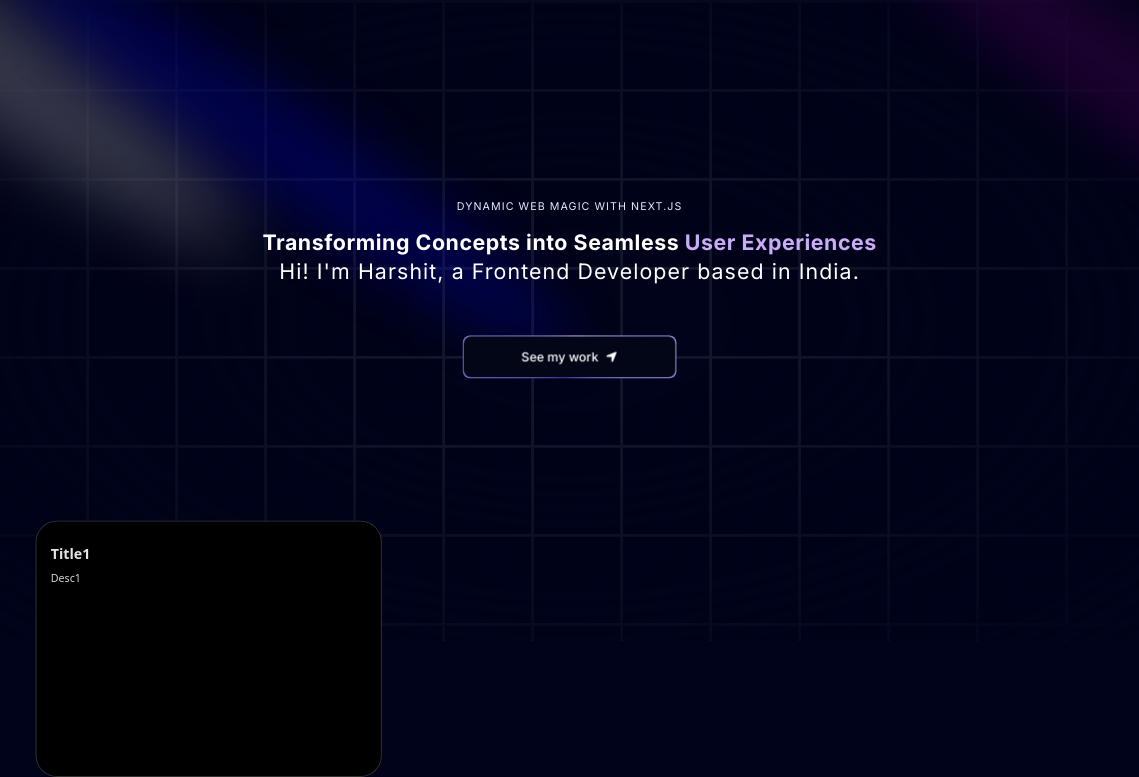
Repository: iharshitjaiswal/next_portfolio
Page: /
These files come from the project's save history. The page is drawn as it stood at one moment and after the next save; the edit follows.
The browser window is 1280 px wide. The pictures show the whole page, at 89% of full size.
The project was rebuilt for these pictures with package versions that can differ from the ones it lists, and the page was loaded fresh each time. The framework's server and built-in components were replaced by stand-ins that run in the browser. Also part of the build but not shown: next.config.mjs.

Above is the page before, as saved 2024-05-25 11:31:41.

After the next save:
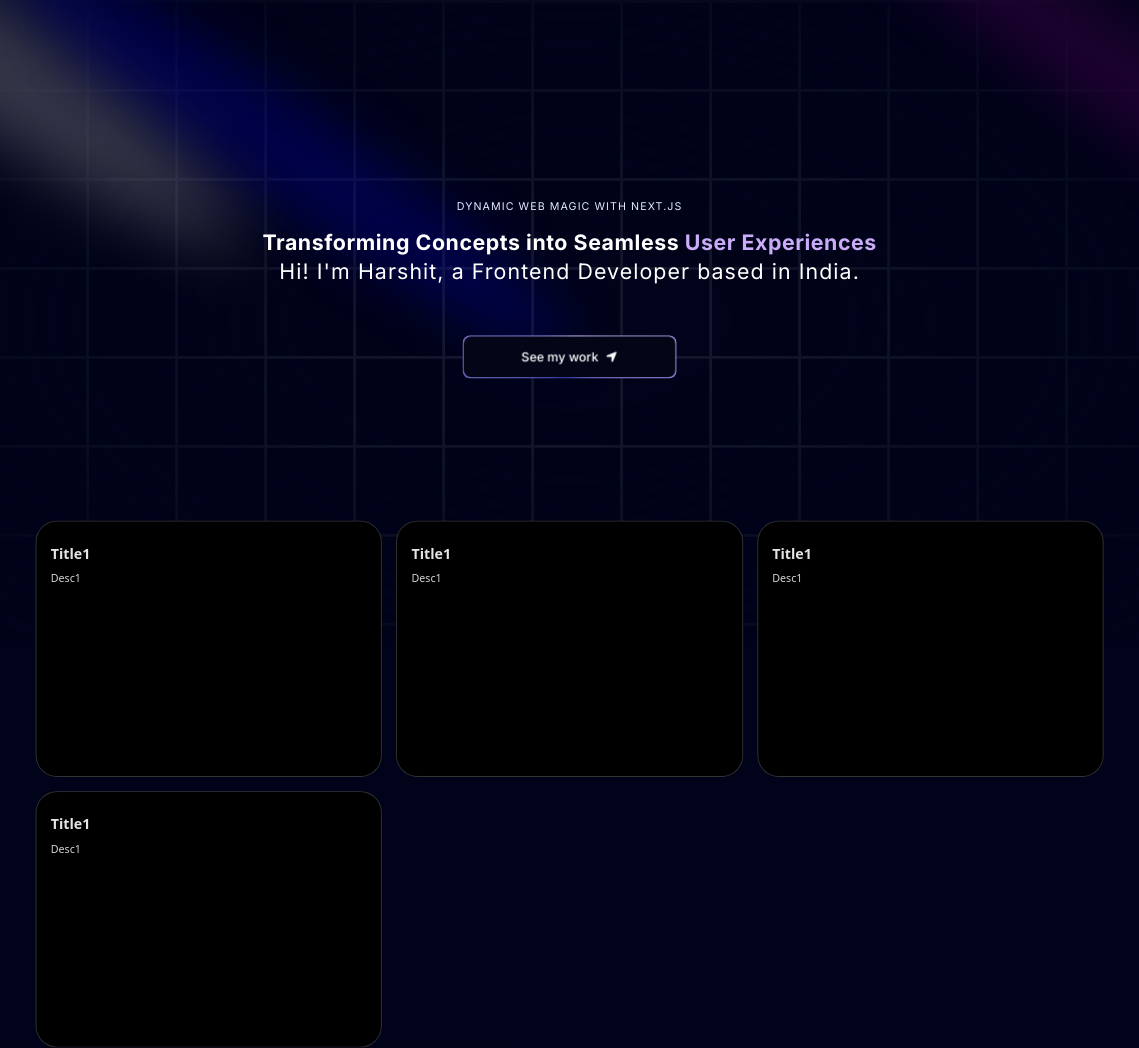
Saved 57 s later.
--- a/components/Grid.tsx
+++ b/components/Grid.tsx
@@ -1,12 +1,13 @@
 import React from "react";
 import { BentoGrid, BentoGridItem } from "./ui/BentoGrid";
 import { title } from "process";
+import { gridItems } from "@/data";
 
 const Grid = () => {
   return (
     <section id="about">
       <BentoGrid>
-        {[{ title: "Title1", description: "Desc1", id: 1 }].map((item) => (
+        {gridItems.map((item) => (
           <BentoGridItem
             id={item.id}
             key={item.id}
